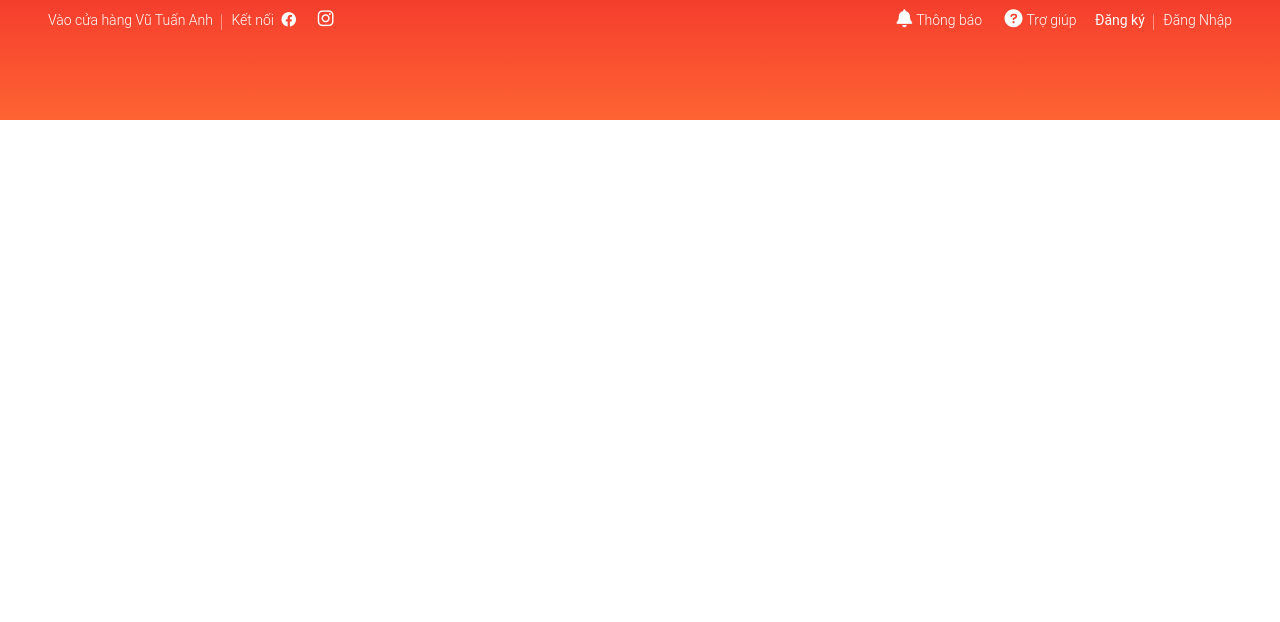
Repository: VuTuanAnh0949/Shopee
Page: index.html
The author's editor kept a copy of each file at every save. The page is drawn from the files as they stood at one save, then again after the next save.
The browser window is 1280 px wide. The pictures show the whole page.

Above is the page before, as saved 2022-02-16 19:03:56.

### index.html
<!DOCTYPE html>
<html lang="en">

<head>
    <meta charset="UTF-8" />
    <meta http-equiv="X-UA-Compatible" content="IE=edge" />
    <meta name="viewport" content="width=device-width, initial-scale=1.0" />
    <title>Shopee</title>
    <link rel="stylesheet" href="https://cdnjs.cloudflare.com/ajax/libs/normalize/8.0.1/normalize.min.css" />
    <link rel="stylesheet" href="./assets/css/base.css" />
    <link rel="stylesheet" href="./assets/css/main.css" />
    <link rel="stylesheet" href="./assets/fonts/fontawesome-free-6.0.0-web/css/all.min.css">
    <link rel="stylesheet" href="https://fonts.googleapis.com/css?family-Roboto:300, 400, 500,78
0&display=swap&subset=vietnamese" rel="stylesheet" />

</head>

<body>
    <!-- Block Element Modifier -->
    <div class="app">
        <header class="header">
            <div class="grid">
                <nav class="header__navbar">
                    <ul class="header__navbar-list">
                        <li class="header__navbar-item header__navbar-item--has-qr header__navbar-item--separate">Vào cửa hàng Vũ Tuấn Anh
                            <div class="header__qr">
                                <img src="./assets/img/QR_code.png" alt="QR Code" class="header__qr-img">
                                <div class="header__qr-apps">
                                    <a href="" class="header__qr-link"><img src="./assets/img/Google_Play.png" alt="Google Play" class="header__qr-dowload-img">
                                    </a>
                                    <img src="./assets/img/App_store.png" alt="App Store" class="header__qr-dowload-img">
                                </div>
                            </div>
                        </li>
                        <li class="header__navbar-item">
                            <span class="header__navbar-title--no-pointer">Kết nối</span>
                            <a href="" class="header__navbar-icon-link"><i class="header__navbar-icon fa-brands fa-facebook"></i></a>
                            <a href="" class="header__navbar-icon-link"><i class="header__navbar-icon fa-brands fa-instagram"></i></a>
                        </li>
                    </ul>

                    <ul class="header__navbar-list">
                        <li class="header__navbar-item header__navbar-item--has-notification">
                            <a href="" class="header__navbar-item-link"><i class="header__navbar-icon fa-solid fa-bell"></i>Thông báo</a>
                            <div class="header__notification">
                                <header class="header__notification-header">
                                    <h3>Thông báo mới nhận</h3>
                                </header>
                                <ul class="header__notification-list">
                                    <li class="header__notification-item header__notification-viewed">
                                        <a href="" class="header__notification-link">
                                            <img src="https://cf.shopee.vn/file/a2344384834f0903b232953bf8e1d283_tn" alt="" class="header__notification-img">
                                            <div class="header__notification-info">
                                                <span class="header__notification-name">Bàn Phím cơ chính hãng K400-Đen</span>
                                                <span class="header__notification-descriotion">Bàn phím cơ máy tính gaming K550 Pro full Led 7 chế độ hiệu ứng là mẫu bàn phím phù hợp cho văn phòng và game thủ</span>
                                            </div>
                                        </a>
                                    </li>
                                    <li class="header__notification-item">
                                        <a href="" class="header__notification-link">
                                            <img src="https://cf.shopee.vn/file/fbd0d6cd59ae0c260cbdd8d2bdccbe06_tn" alt="" class="header__notification-img">
                                            <div class="header__notification-info">
                                                <span class="header__notification-name">Bàn phím cơ chính hãng K400-Trắng xanh 1</span>
                                                <span class="header__notification-descriotion">Bàn phím cơ máy tính gaming K550 Pro full Led 7 chế độ hiệu ứng là mẫu bàn phím phù hợp cho văn phòng và game thủ</span>
                                            </div>
                                        </a>
                                    </li>
                                    <li class="header__notification-item ">
                                        <a href="" class="header__notification-link">
                                            <img src="https://cf.shopee.vn/file/26989c24e549299dcfb324055082c553" alt="" class="header__notification-img">
                                            <div class="header__notification-info">
                                                <span class="header__notification-name">Bàn phím cơ chính hãng K400-Trắng xanh 2</span>
                                                <span class="header__notification-descriotion">>Bàn phím cơ máy tính gaming K550 Pro full Led 7 chế độ hiệu ứng là mẫu bàn phím phù hợp cho văn phòng và game thủ</span>
                                            </div>
                                        </a>
                                    </li>
                                </ul>
                                <div class="footer header__notification-footer">
                                    <a href="" class="header__notification-footer-btn">Xem tất cả</a>


                                </div>
                            </div>
                        </li>
                        <li class="header__navbar-item">
                            <a href="" class="header__navbar-item-link"><i class="header__navbar-icon fa-solid fa-circle-question"></i>Trợ giúp</a>
                        </li>
                        <li class="header__navbar-item header__navbar-item--strong header__navbar-item--separate">Đăng ký</li>
                        <li class="header__navbar-item header__navbar-ite--strong"> Đăng Nhập</li>
                    </ul>
                </nav>
            </div>
        </header>
        <div class="container">

        </div>
        <footer class="footer">

        </footer>
    </div>
    <!-- Modal layout -->
  <!--   <div class="modal">
        <div class="modal__overlay"></div>k

        <div class="modal__body"> -->

            <!-- Register form -->
          <!--   <div class="auth-form">
                <div class="auth-form__container">
                    <div class="auth-form__container"></div>
                    <div class="auth-form__header">
                        <h3 class="auth-form__heading">Đăng ký</h3>
                        <span class="auth-form__switch-btn">Đăng nhập</span>
                    </div>
                    <div class="auth-form__form">
                        <div class="auth-form__group">
                            <input type="text" class="auth-form__input" placeholder="Email của bạn">
                        </div>
                        <div class="auth-form__group">
                            <input type="password" class="auth-form__input" placeholder="Password của bạn">
                        </div>
                        <div class="auth-form__group">
                            <input type="password" class="auth-form__input" placeholder="Nhập lại mật khẩu ">
                        </div>
                    </div>
                    <div class="auth-form__aside">
                        <p class="auth-form__policy-text">
                            Bằng việc đăng kí, bạn đã đồng ý với VTA-Shop về
                            <a href="" class="auth-form__text-link">Điều khoản dịch vụ</a> &
                            <a href="" class="auth-form__text-link">Chính sách bảo mật</a>
                        </p>
                    </div>
                    <div class="auth-form__controls">
                        <button class="btn btn--normal auth-form__controls-back ">TRỞ LẠI</button>
                        <button class="btn btn--primary">ĐĂNG KÝ</button>
                    </div>
                </div>
                <div class="auth-form__socials--facebook">
                    <a href="" class="btn btn--size-s btn--with-icon">
                        <i class="auth-form__socials-icon fa-brands fa-facebook"></i>
                        <span class="auth-form__socials-title">
                            Kết nối với Facebook
                        </span>
                    </a>

                    <a href="" class="auth-form__socials--google btn btn--size-s btn--with-icon">
                        <i class="auth-form__socials-icon fa-brands fa-google"></i>
                        <span class="auth-form__socials-title">
                            Kết nối với Google
                        </span>
                    </a>
                </div>
            </div> -->
<!-- Login form -->
<!-- <div class="auth-form">
    <div class="auth-form__container">
        <div class="auth-form__container"></div>
        <div class="auth-form__header">
            <h3 class="auth-form__heading">Đăng Nhập</h3>
            <span class="auth-form__switch-btn">Đăng Ký</span>
        </div>
        <div class="auth-form__form">
            <div class="auth-form__group">
                <input type="text" class="auth-form__input" placeholder="Email của bạn">
            </div>
            <div class="auth-form__group">
                <input type="password" class="auth-form__input" placeholder="Password của bạn">
            </div>

        </div>
        <div class="auth-form__aside">
           <div class="auth-form__help">
               <a href="" class="auth-form__help-link auth-form__help-forgot">Quên mật khẩu</a>
               <span class="auth-form__help-separate">

               </span>
               <a href="" class="auth-form__help-link">Cần trợ giúp? </a>
           </div>
        </div>
        <div class="auth-form__controls">
            <button class="btn btn--normal auth-form__controls-back ">TRỞ LẠI</button>
            <button class="btn btn--primary">ĐĂNG NHẬP</button>
        </div>
    </div>
    <div class="auth-form__socials--facebook">
        <a href="" class="btn btn--size-s btn--with-icon">
            <i class="auth-form__socials-icon fa-brands fa-facebook"></i>
            <span class="auth-form__socials-title">
                Kết nối với Facebook
            </span>
        </a>

        <a href="" class="auth-form__socials--google btn btn--size-s btn--with-icon">
            <i class="auth-form__socials-icon fa-brands fa-google"></i>
            <span class="auth-form__socials-title">
                Kết nối với Google
            </span>
        </a>
    </div>
</div>
        </div>
    </div> -->
</body>

</html>

### assets/css/base.css
:root {
  --primary-color:#EE4D2D;
  --white-color: #fff;
  --black-color: #000;
  --text-color: #333;
  --border-color:#dbdbdb;
}
* {
  box-sizing: inherit;
}
html {
  font-size: 62.5%;
  line-height: 1.6rem;
  font-family: "Roboto", sans-serif;
  box-sizing: border-box;
}
.grid {
  width: 1200px;
  max-width: 100%;
  margin: 0 auto;
}
.grid__full-width {
  width: 100%;
}
.grid__row {
  display: flex;
  flex-wrap: wrap;
}
/* Animation */
@keyframes fadeIn{
  from{
    opacity: 0;
  }to{
    opacity: 1;
  }
}
/* Modal */
.modal{
  position: fixed;
  top: 0;
  right: 0;
  bottom: 0;
  left: 0;
  display: flex;
  animation: fadeIn ease-in 0.5s;
}
.modal__overlay{
  position: absolute;
  width: 100%;
  height: 100%;
  background-color: rgba(0,0,0,0.4);
}
.modal__body{
  width: 500px;
  height: 500px;
  margin: auto;
  position: relative;
  z-index: 1;  /* để cho modal nổi lên */
}
/* Button style */
.btn{
  min-width: 142px;
  height: 34px;
  text-decoration: none;
  border:none ;
  border-radius: 5px;
  font-size: 1.5rem;
  padding:0 12px;
  outline: none;
  cursor: pointer;
  color: var(--text-color);
  align-items: center;
 justify-content: center;
}
.btn.btn--normal:hover{
  background-color: rgba(0,0,0,0.05);
}
.btn.btn--size-s{
  height: 32px;
  font-size: 12px;
  padding:0 8px;
}
/* .. dùng để css 1 element có 2 class */
.btn.btn--primary{
  color: var(--white-color);
  background-color: var(--primary-color);
  }
.btn.btn-disabled{
  color: #949494;
  cursor: default;
  background-color: #c3c3c3;
}

### assets/css/main.css
.header{
height: 120px;
background-image:linear-gradient(0, #fe6433, #f53e2d) ;
}
.header__navbar{
  display: flex;
  justify-content: space-between;
}
.header__navbar-list{
list-style: none;
padding-left: 0;
margin-top: 9px;
}
.header__navbar-item{
  margin: 0 8px;
  position: relative;
  min-height: 26px;
}
.header__navbar-item--has-qr:hover .header__qr{
  display: block;
}
.header__navbar-item--has-notification:hover .header__notification{
  display: block;
}
.header__navbar-item,
.header__navbar-item-link{
  display:inline-block;
  font-size: 1.4rem;
  color:var(--white-color);
  text-decoration: none;
  font-weight: 300;
}
.header__navbar-item,
.header__navbar-item-link,
.header__navbar-icon-link{
/*   display: flex; */
  align-items: center;
}
.header__qr::before{
  position: absolute;
  left: 0;
  top: -16px;
  width: 100%;
  height: 20px;
  content: "";
  display: block;

}
.header__navbar-item:hover,
.header__navbar-icon-link:hover,
.header__navbar-item-link:hover{
  cursor: pointer;
  color: rgba(255,255,255,0.7);
}
.header__navbar-item--strong{
  font-weight: 400;
}
.header__navbar-item--separate::after{
  content: "";
  display: block;
  position: absolute;
border-left: 1px solid #FB9086;
height: 16px;
right: -9px;
top: 37%;
transform: translateY(-50%);
}
.header__navbar-icon-link{
  color: var(--white-color);
  text-decoration: none;
}
.header__navbar-icon{
  font-size: 1.8rem;
  margin: 0 4px;
}
.header__navbar-title--no-pointer{
  cursor: text;
  color: var(--white-color);
  text-decoration: none;
}
/* Header QR code */
.header__qr{
  width: 180px;
background-color: var(--white-color);
position: absolute;
left: 0;
top: 100%;
padding: 8px;
border-radius: 5px;
display: none;
animation: fadeIn ease-in 0.3s;
}
.header__qr-img{
width: 100%;
}
.header__qr-apps{
display: flex;
justify-content: space-between;
}
.header__qr-link:nth-child(1){
  margin-left: 11px;
}
.header__qr-link:nth-child(2){
  margin-right: 15px;
}
.header__qr-dowload-img{
  height: 16px;
}
/* header__notification */
.header__notification{
position: absolute ;
top: 27px;
right: 0;
width: 404px;
background-color: var(--white-color);
border-radius: 5px;
border: 1px solid #D3D3D3;
cursor: default;
transform-origin:90% top;
animation:  headerNotificationGrowth ease-in 0.2s;
will-change: opacity, transform;
display: none;
}
.header__notification::before{
content: "";
border-width:20px 30px ;
border-style: solid;
/* Tạo một lớp giá */
border-color:transparent transparent var(--white-color) transparent;
position: absolute;
right: 6px;
top: -30px;
}
/* Giúp di chuột vào quả chuông cạnh nút thông báo không bị mất list thông báo */
.header__notification::after{
  content: "";
  display: block;
  position: absolute;
  height: 20px;
  width: 90px;
  top: -16px;
  right: 0;
 }
@keyframes headerNotificationGrowth{
  from{
    opacity: 0;
    transform: scale(0);
  }to{
    opacity: 1;
    transform: scale(1);
  }
}
.header__notification-header{
  height: 40px;
  background-color: var(--white-color);
  border-radius: 5px;
}
.header__notification-header h3{
  color: #999;
  margin: 0 0 0 12px;
  width: 400;
  font-size: 1.4rem;
  line-height: 40px;
  user-select: none;  /* không cho coppy */
}
.header__notification-list{
padding-left: 0;
}
.header__notification-item{
display: flex;

}
.header__notification-item:hover{
  background-color: #f7f7f7
}
.header__notification-viewed{
  background-color: rgba(238,75,43,0.08);

}
.header__notification-link{
  display: flex;
  width: 100%;
  padding: 12px;
  text-decoration: none;
}
.header__notification-img{
width: 48px;
object-fit: contain;
}
.header__notification-info{
margin-left: 12px;
}
.header__notification-name{
display: block;
font-size: 1.4rem;
color: var(--text-color);
font-weight: 400px;
line-height: 1.8rem;
}
.header__notification-descriotion{
display: block;
font-size: 1.2rem;
line-height: 1.6rem;
color: #765F6E;
margin-top: 4px;
}
.header__notification-footer{
 display: flex;
}
.header__notification-footer-btn{
  text-decoration: none;
  color:var(--text-color);
  width: 100%;
  padding: 8px 0;
  margin: auto;
  font-size: 1.4rem;
  font-weight: 400;
  text-align: center;
}
/* Authen modal */
.auth-form{
  width: 500px;
    background-color: var(--white-color);
  border-radius: 5px;
  overflow: hidden;
}
.auth-form__container{
  padding: 0 32px;
}
.auth-form__header{
  display: flex;
  align-items: center;
  justify-content: space-around;
}
.auth-form__heading{
  font-size: 2.2rem;
  font-weight:400;
  color: var(--text-color);
}
.auth-form__switch-btn{
  font-size: 1.6rem;
  font-weight:400;
  color: var(--primary-color);
  cursor: pointer;
}
.auth-form__form{
}
.auth-form__input{
  width: 100%;
  height: 40px;
  margin-top: 16px;
  padding: 0 12px;
  font-size: 1.4rem;
  border: 1px solid var(--border-color);
  outline: none;
}
/*Dí chuột vào ô input => ô input nháy chuột  */
.auth-form__input:focus{
border-color: #777;
}
.auth-form__aside{
  margin-top: 18px;
}
.auth-form__policy-text{
  font-size: 1.2rem;
  line-height: 1.8rem;
  text-align: center;
  padding: 0 3px;
}
.auth-form__text-link{
  color: var(--primary-color);
  text-decoration: none;
}
.auth-form__controls{
  margin-top: 80px;
  display: flex;
  justify-content: flex-end;
}
.auth-form__controls-back{
  margin-right: 8px;
}
.auth-form__socials{
 background-color: #F5F5F5;
 padding: 16px 36px;
 display: flex;
 justify-content: space-between;
 margin-top: 20px;
}
.auth-form__socials--facebook{
  color: var(--white-color);
  background-color:#f5efef  ;
  display: flex;
  justify-content: space-between;
  margin-top: 15px;

}
/* .auth-form__socials--facebook, */
.auth-form__socials-icon{
color: #1877f2;
}
.auth-form__socials-title{
  margin-top: 0 36px;

}
.auth-form__socials--google{
  color: #666;
  background-color: var(--white-color);
}
.btn--with-icon{
  display: flex;
}
.btn.btn--size-s {
  background-color: white;
margin:10px 50px;
}
.auth-form__help{
  display: flex;
justify-content: flex-end;
}
.auth-form__help-link{
  text-decoration: none;
  font-size: 1.4rem;
  color: #939393;
}
.auth-form__help-separate{
  display: flex;
  height: 22px;
  margin: 1px 16px 0;
  border-left: 1px solid #EAEAEA;
}
.auth-form__help-forgot{
  color: var(--primary-color);
}
.fa-google:before,
.fa-facebook:before{
  margin-right: 10px;
    font-size: 15px;

}

Loaded but not shown: assets/fonts/fontawesome-free-6.0.0-web/css/all.min.css (library)

After the next save:
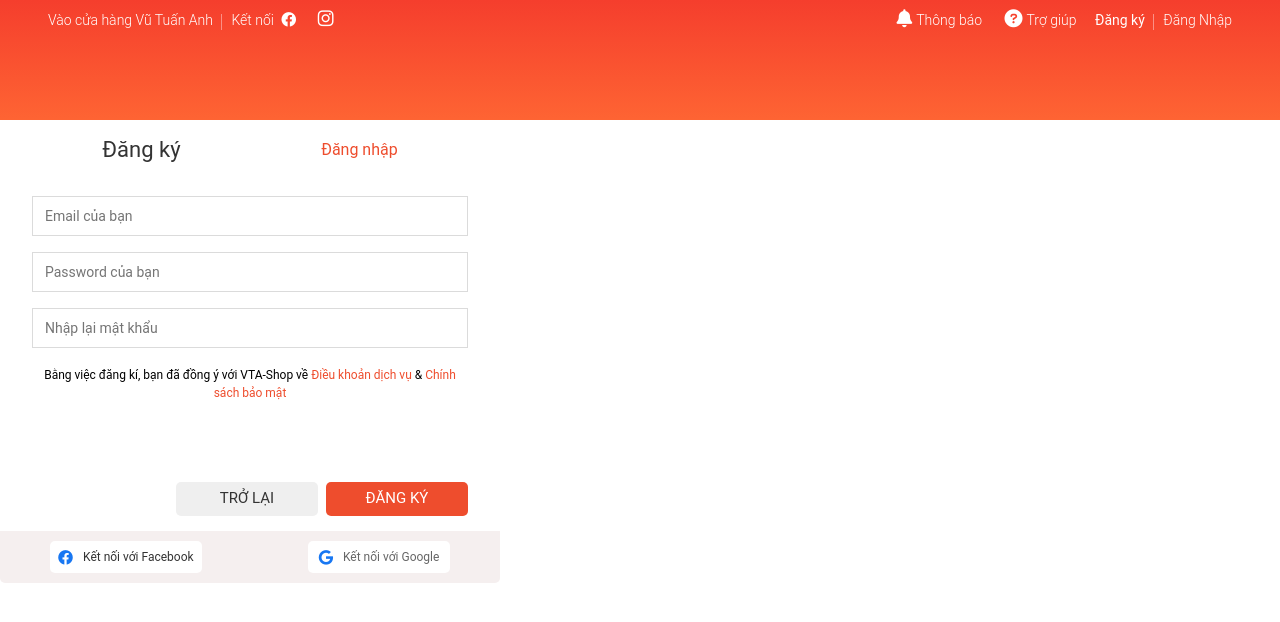
Saved 91 s later.
--- a/index.html
+++ b/index.html
@@ -105,7 +105,7 @@
         <div class="modal__body"> -->
 
             <!-- Register form -->
-          <!--   <div class="auth-form">
+            <div class="auth-form">
                 <div class="auth-form__container">
                     <div class="auth-form__container"></div>
                     <div class="auth-form__header">
@@ -150,7 +150,7 @@
                         </span>
                     </a>
                 </div>
-            </div> -->
+            </div>
 <!-- Login form -->
 <!-- <div class="auth-form">
     <div class="auth-form__container">
